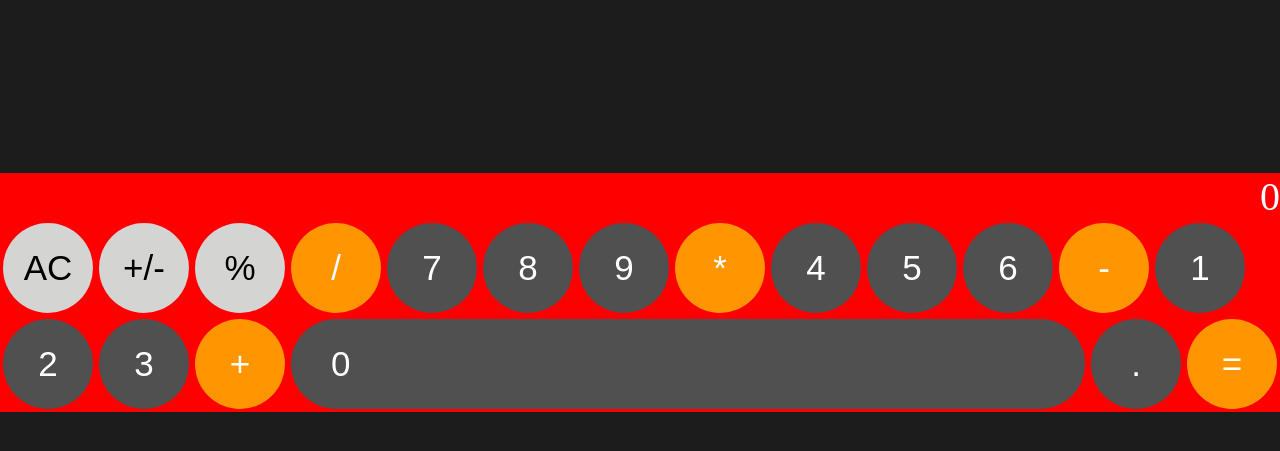
Repository: Sukhvir-Grewal/Calculator
Page: index.html
An editor plug-in stored every save of this project. The page is shown before and after the next save, followed by the edit.
The browser window is 1280 px wide. The pictures show the whole page.

Above is the page before, as saved 2023-12-07 12:59:24.

### index.html
<!DOCTYPE html>
<html lang="en">
    <head>
        <meta charset="UTF-8" />
        <meta http-equiv="X-UA-Compatible" content="IE=edge" />
        <meta name="viewport" content="width=device-width, initial-scale=1.0" />
        <title>Document</title>
        <link rel="stylesheet" href="index.css" />
    </head>
    <body>
      <div class="container">
          <div class="result">0</div>
            <button class="clear commands">AC</button>
            <button class="positiveOrNegative commands">+/-</button>
            <button class="persentage commands" value="%">%</button>
            <button class="divide operator" value="/">/</button>

            <button class="operands" value="7">7</button>
            <button class="operands" value="8">8</button>
            <button class="operands" value="9">9</button>
            <button class="Multiply operator" value="*">*</button>

            <button class="operands" value="4">4</button>
            <button class="operands" value="5">5</button>
            <button class="sex operands" value="6">6</button>
            <button class="Minus operator" value="-">-</button>

            <button class="operands" value="1">1</button>
            <button class="operands" value="2">2</button>
            <button class="operands" value="3">3</button>
            <button class="plus operator" value="+">+</button>

            <button class="Zero operands" value="0">0</button>
            <button class="dot operands" value="">.</button>
            <button class="equal operator">=</button>
        </div>
        <script src="index.js"></script>
    </body>
</html>

### index.css
* {
    margin: 0;
    padding: 0;
}
html,
body {
    background-color: #1c1c1c;
    /* width: 100vw;
  height: 100vh; */
}

.blackBox {
    width: 100px;
    height: 230px;
    background-color: #1c1c1c;
}

.container {
    display: flex;
    flex-wrap: wrap;
    background-color: red;
    /* height: 100dvh; */
    margin-top: 24vh;
}
button {
    width: 90px;
    height: 90px;
    border-radius: 50%;
    font-size: 35px;
    margin: 3px;
    border: none;
}
.Zero {
    border-radius: 50px;
    flex-grow: 2;
    text-align: left;
    padding: 0 40px;
}
.operator {
    background-color: #ff9500;
    color: white;
}
.commands {
    background-color: #d4d4d2;
}
.operands {
    background-color: #505050;
    color: white;
}
.result {
    width: 100vw;
    border: 10px;
    color: white;
    display: flex;
    justify-content: flex-end;
    align-items: flex-end;
    font-size: 40px;
}

.get_number{
    margin: 20px;
}

### index.js
let firstValue = "";
let secondValue = "";
let currentOperator = "";
let readingFirstValue = true;
var operands_count = 0;

let numbers = document.querySelectorAll(".operands");
let operator_ = document.querySelectorAll(".operator");
let result = document.querySelector(".result");
let clear = document.querySelector(".clear");
let equal = document.querySelector(".equal");
let PorN = document.querySelector(".positiveOrNegative");
let dot = document.querySelector(".dot");
let percentage = document.querySelector(".percentage");

clear.addEventListener("click", function (e) {
    toggleNumbersColor();
    toggleOperandsColor();
    clear.innerHTML = "AC";
    result.innerHTML = "0";
    firstValue = "";
    secondValue = "";
    currentOperator = "";
    readingFirstValue = true;
});

equal.onclick = function () {
    calculate();
};

for (var i = 0; i < numbers.length; i++) {
    var str = "";
    numbers[i].addEventListener("click", function (e) {
        toggleOperandsColor();
        var target_ = e.target.style;
        for (var j = 0; j < numbers.length; j++) {
            numbers[j].style.backgroundColor = "#505050";
        }
        target_.backgroundColor = "#868686";
        let value_ = e.target.getAttribute("value");
        if (readingFirstValue == true) {
            clear.innerHTML = "C";
            addFirstValue(value_);
            PorN.onclick = () => {
                isFirstPositive();
            };
            dot.onclick = function () {
                firstDotValue();
            };
            percentage.onclick = function () {
                firstValuePercentage();
            };
        } else {
            addSecondValue(value_);
            PorN.onclick = () => {
                isSecondPositive();
            };
            dot.onclick = function () {
                SecondDotValue();
            };
            percentage.onclick = function () {
                SecondValuePercentage();
            };
        }
    });
}
for (var i = 0; i < operator_.length; i++) {
    operator_[i].addEventListener("click", function (e) {
        toggleNumbersColor();
        var target_ = e.target.style;
        for (var j = 0; j < operator_.length; j++) {
            operator_[j].style.backgroundColor = "#ff9500";
            operator_[j].style.color = "white";
        }
        target_.backgroundColor = "white";
        target_.color = "#ff9500";
        if (firstValue != "") {
            let new_operator = e.target.getAttribute("value");
            currentOperator = new_operator;
            if (secondValue == "") readingFirstValue = false;
            if (operands_count > 0) {
                calculate();
                readingFirstValue = false;
            }
            operands_count++;
        }
    });
}

function addFirstValue(value_) {
    result.innerHTML = "";
    firstValue += value_;
    result.innerHTML = firstValue;
}

function addSecondValue(value_) {
    result.innerHTML = "";
    secondValue += value_;
    result.innerHTML = secondValue;
}

function calculate() {
    if (firstValue != "" && secondValue != "" && operator_ != "") {
        let ans;
        let firstVal = parseFloat(firstValue);
        let secondVal = parseFloat(secondValue);
        switch (currentOperator) {
            case "/":
                ans = firstVal / secondVal;
                break;
            case "*":
                ans = firstVal * secondVal;
                break;
            case "+":
                ans = firstVal + secondVal;
                break;
            case "-":
                ans = firstVal - secondVal;
                break;
        }
        result.innerHTML = ans;
        readingFirstValue = true;
        firstValue = ans;
        secondValue = "";
        currentOperator = "";
    }
}
function isFirstPositive() {
    var str = document.querySelector(".result");
    var change = parseFloat(str.innerHTML);
    if (change > 0) {
        str.innerHTML = "-" + str.innerHTML;
    } else if (str.innerHTML != "0") {
        str.innerHTML = str.innerHTML.slice(1);
    }
    firstValue = str.innerHTML;
}
function isSecondPositive() {
    var str = document.querySelector(".result");
    var change = parseFloat(str.innerHTML);
    if (change > 0) {
        str.innerHTML = "-" + str.innerHTML;
    } else if (str.innerHTML != "0") {
        str.innerHTML = str.innerHTML.slice(1);
    }
    secondValue = str.innerHTML;
}
function firstDotValue() {
    var hasDot = false;
    for (var i = 0; i < result.innerHTML.length; i++) {
        if (result.innerHTML[i] == ".") hasDot = true;
    }
    if (hasDot == false) {
        result.innerHTML = result.innerHTML + ".";
        firstValue = result.innerHTML;
    }
}
function SecondDotValue() {
    var hasDot = false;
    for (var i = 0; i < result.innerHTML.length; i++) {
        if (result.innerHTML[i] == ".") hasDot = true;
    }
    if (hasDot == false) {
        result.innerHTML = result.innerHTML + ".";
        secondValue = result.innerHTML;
    }
}
function firstValuePercentage() {
    toggleOperandsColor();
    toggleNumbersColor();
    var val = parseFloat(firstValue);
    val = val / 100;
    result.innerHTML = val;
    firstValue = val;
}
function SecondValuePercentage() {
    toggleOperandsColor();
    toggleNumbersColor();
    var val = parseFloat(firstValue);
    val = val / 100;
    result.innerHTML = val;
    secondValue = val;
}
function toggleOperandsColor() {
    for (var j = 0; j < operator_.length; j++) {
        operator_[j].style.backgroundColor = "#ff9500";
        operator_[j].style.color = "white";
    }
}
function toggleNumbersColor() {
    for (var j = 0; j < operator_.length; j++) {
        numbers[j].style.backgroundColor = "#505050";
    }
}

After the next save:
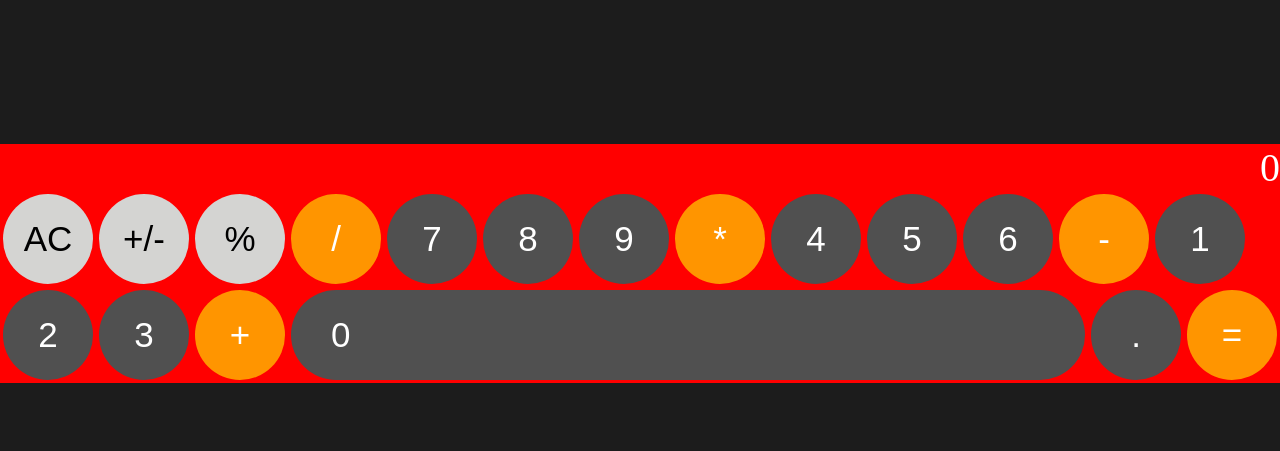
Saved 10 s later.
--- a/index.css
+++ b/index.css
@@ -20,7 +20,7 @@
     flex-wrap: wrap;
     background-color: red;
     /* height: 100dvh; */
-    margin-top: 24vh;
+    margin-top: 20vh;
 }
 button {
     width: 90px;
